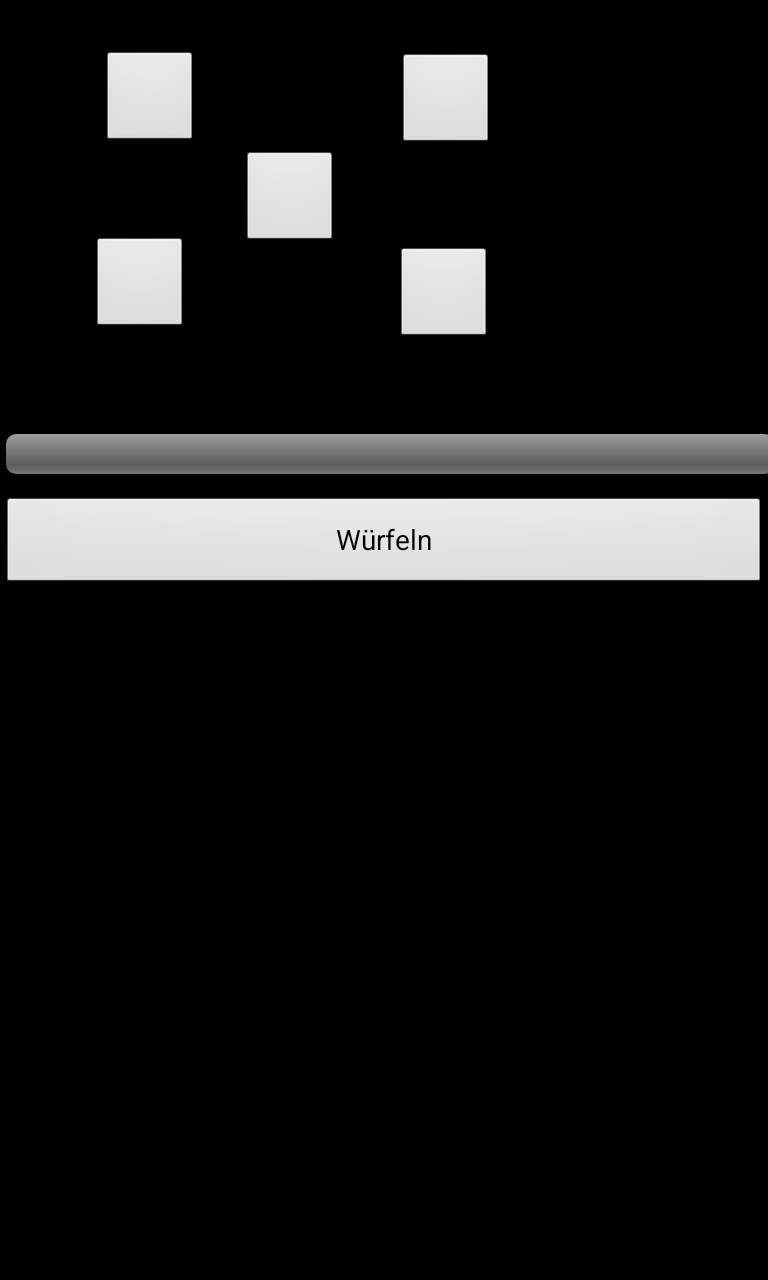
Repository: Lemkerene/App
Layout: kniffel/res/layout/wurfel.xml
The author's editor kept a copy of each file at every save. The layout is drawn from the files as they stood at one save, then again after the next save.
It is drawn on a 768 x 1280 px phone screen (xhdpi) without system bars, with theme android:Theme; the app's code is not run.

Above is the layout before, as saved 2012-08-05 11:27:59.

### kniffel/res/layout/wurfel.xml
<?xml version="1.0" encoding="utf-8"?>
<AbsoluteLayout xmlns:android="http://schemas.android.com/apk/res/android"
    android:id="@+id/AbsoluteLayout1"
    android:layout_width="fill_parent"
    android:layout_height="fill_parent" >

    <ProgressBar
        android:id="@+id/progressBar1"
        style="?android:attr/progressBarStyleHorizontal"
        android:layout_width="match_parent"
        android:layout_height="wrap_content"
        android:layout_x="3dp"
        android:layout_y="217dp" />


    <Button
        android:id="@+id/button6"
        android:layout_width="match_parent"
        android:layout_height="wrap_content"
        android:layout_x="0dp"
        android:layout_y="248dp"
        android:onClick="OnClickW"
        android:text="@string/wurf" />

    <Button
        android:id="@+id/wu3"
        android:layout_width="50"
        android:layout_height="50"
        android:layout_x="120dp"
        android:layout_y="75dp"
        android:onClick="OnClickSperr" />

    <Button
        android:id="@+id/wu2"
        android:layout_width="50"
        android:layout_height="50"
        android:layout_x="198dp"
        android:layout_y="26dp"
        android:onClick="OnClickSperr" />

    <Button
        android:id="@+id/wu5"
        android:layout_width="50"
        android:layout_height="50"
        android:layout_x="197dp"
        android:layout_y="123dp"
        android:onClick="OnClickSperr" />

    <Button
        android:id="@+id/wu1"
        android:layout_width="50dp"
        android:layout_height="50dp"
        android:layout_x="50dp"
        android:layout_y="25dp"
        android:onClick="OnClickSperr" />

    <Button
        android:id="@+id/wu4"
        android:layout_width="50"
        android:layout_height="50"
        android:layout_x="45dp"
        android:layout_y="118dp"
        android:onClick="OnClickSperr" />

</AbsoluteLayout>

### kniffel/res/values/strings.xml
<?xml version="1.0" encoding="utf-8"?>
<resources>

    <string name="hello">Hello World, KniffelActivity!</string>
    <string name="app_name">Kniffel</string>
    <color name="myColor">#ff0000</color>

    <string name="einer">Einer</string>
    <string name="zweier">Zweier</string>
    <string name="dreier">Dreier</string>
    <string name="vierer">Vierer</string>
    <string name="funfer">Fünferer</string>
    <string name="sechser">Sechser</string>

    <string name="dreierpasch">Dreier Pasch</string>
    <string name="viererpasch">Vierer Pasch</string>
    <string name="fullhouse">Fullhouse</string>
    <string name="kleinestr">Kleine Strasse</string>
    <string name="grostr">Große Strasse</string>
    <string name="kniffel">Kniffel</string>
    <string name="chance">Chance</string>

    <string name="gesoben">Gesamt Oben</string>
    <string name="gesoben2">Gesamt Oben mit Bonus</string>
    <string name="gesunten">Gesamt Unten</string>
    <string name="ges">Gesamt</string>
    <string name="bon">Bonus</string>
    <string name="wurf">Würfeln</string>
    <string name="name">Name</string>






</resources>

After the next save:
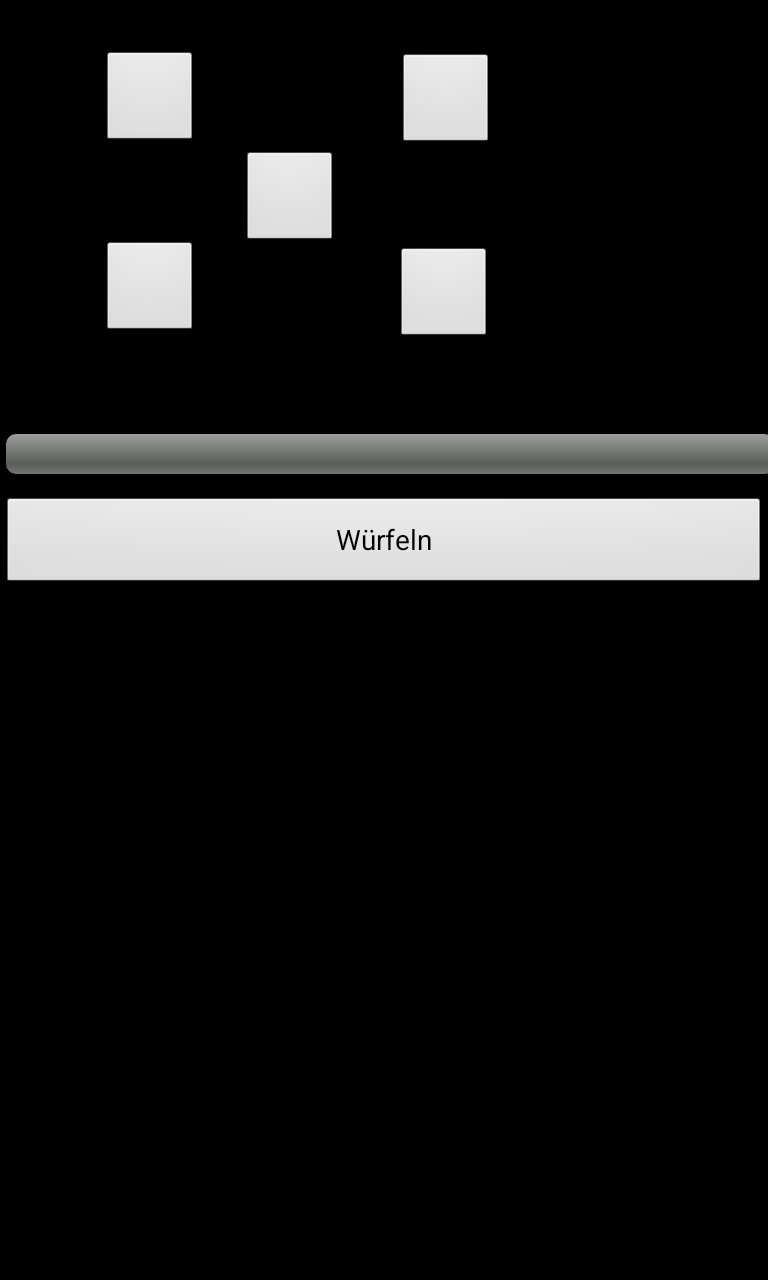
Saved 25 s later.
--- a/kniffel/res/layout/wurfel.xml
+++ b/kniffel/res/layout/wurfel.xml
@@ -58,8 +58,8 @@
         android:id="@+id/wu4"
         android:layout_width="50"
         android:layout_height="50"
-        android:layout_x="45dp"
-        android:layout_y="118dp"
+        android:layout_x="50dp"
+        android:layout_y="120dp"
         android:onClick="OnClickSperr" />
 
 </AbsoluteLayout>
